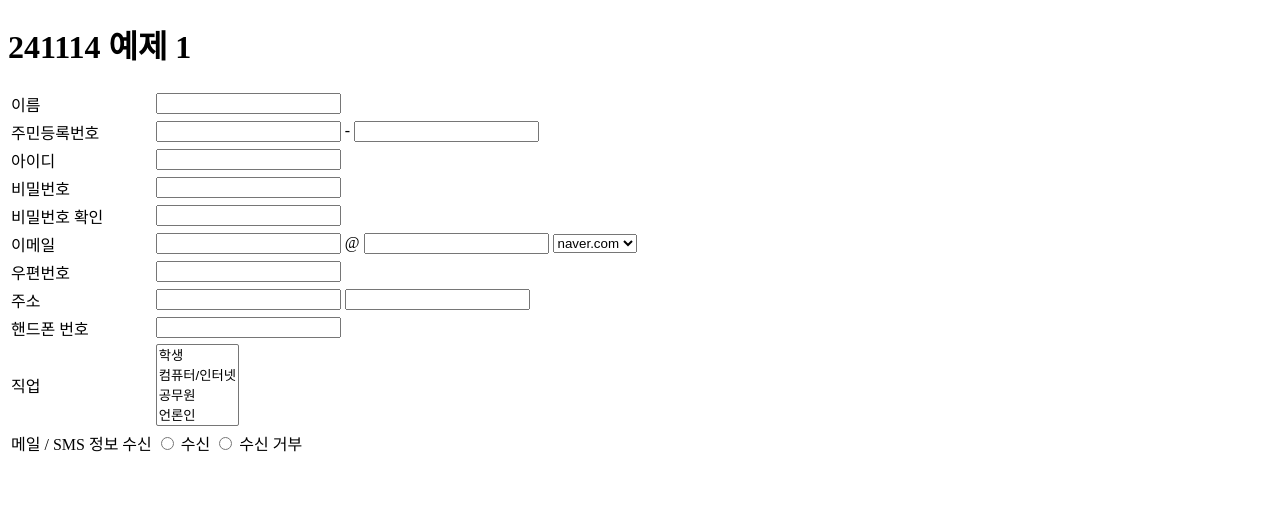
Repository: jsunnypi/JSP
Page: http://localhost/Test/inputForm.jsp
These files come from the project's save history. The page is drawn as it stood at one moment and after the next save; the edit follows.
The browser window is 1280 px wide. The pictures show the whole page.
The page is served by Tomcat 9.

Above is the page before, as saved 2024-11-14 04:46:44.

After the next save:
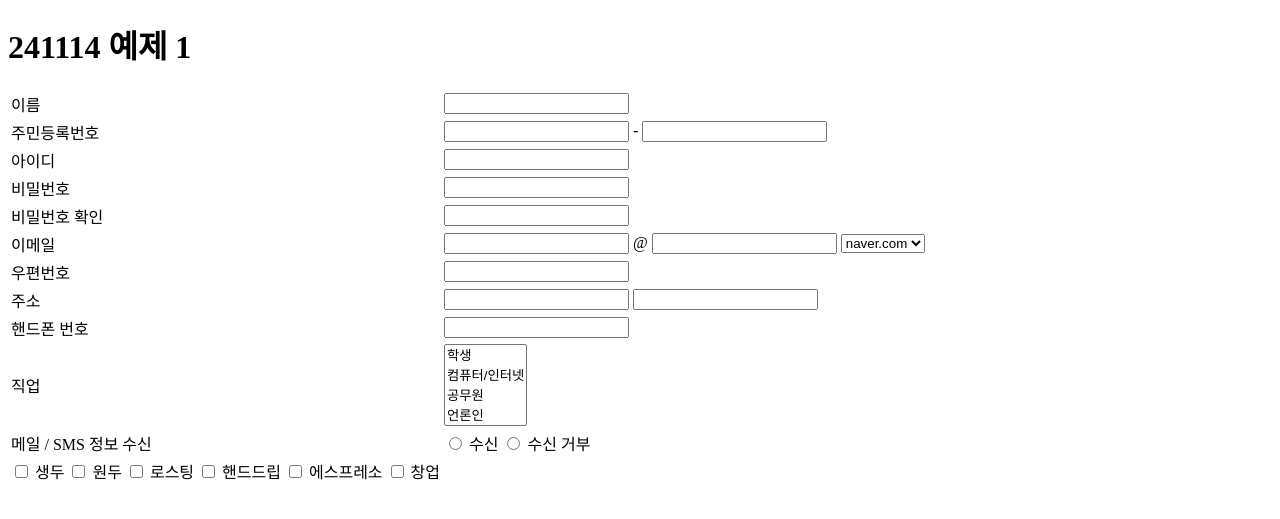
Saved 15 min 36 s later.
--- a/Test/src/main/webapp/inputForm.jsp
+++ b/Test/src/main/webapp/inputForm.jsp
@@ -108,8 +108,17 @@
 				<td>
 					<input type="radio" name="agree" value="ok"> 수신
 					<input type="radio" name="agree" value="no"> 수신 거부
+				</td>
+			</tr>
 
-
+			<tr>
+				<td>
+					<input type="checkbox" name="interest" value="1"> 생두
+					<input type="checkbox" name="interest" value="2"> 원두
+					<input type="checkbox" name="interest" value="3"> 로스팅
+					<input type="checkbox" name="interest" value="4"> 핸드드립
+					<input type="checkbox" name="interest" value="5"> 에스프레소
+					<input type="checkbox" name="interest" value="6"> 창업
 				</td>
 			</tr>
 

After the save that followed:
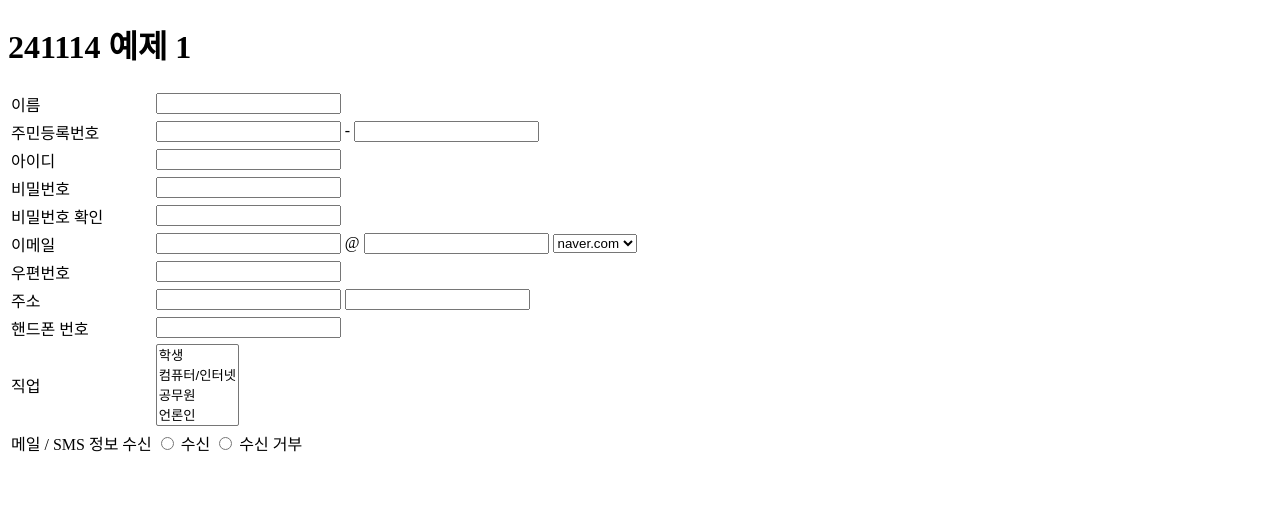
Saved 58 s later.
--- a/Test/src/main/webapp/inputForm.jsp
+++ b/Test/src/main/webapp/inputForm.jsp
@@ -111,7 +111,7 @@
 				</td>
 			</tr>
 
-			<tr>
+			<!-- <tr>
 				<td>
 					<input type="checkbox" name="interest" value="1"> 생두
 					<input type="checkbox" name="interest" value="2"> 원두
@@ -121,7 +121,7 @@
 					<input type="checkbox" name="interest" value="6"> 창업
 				</td>
 			</tr>
-
+			 -->
 
 
 
